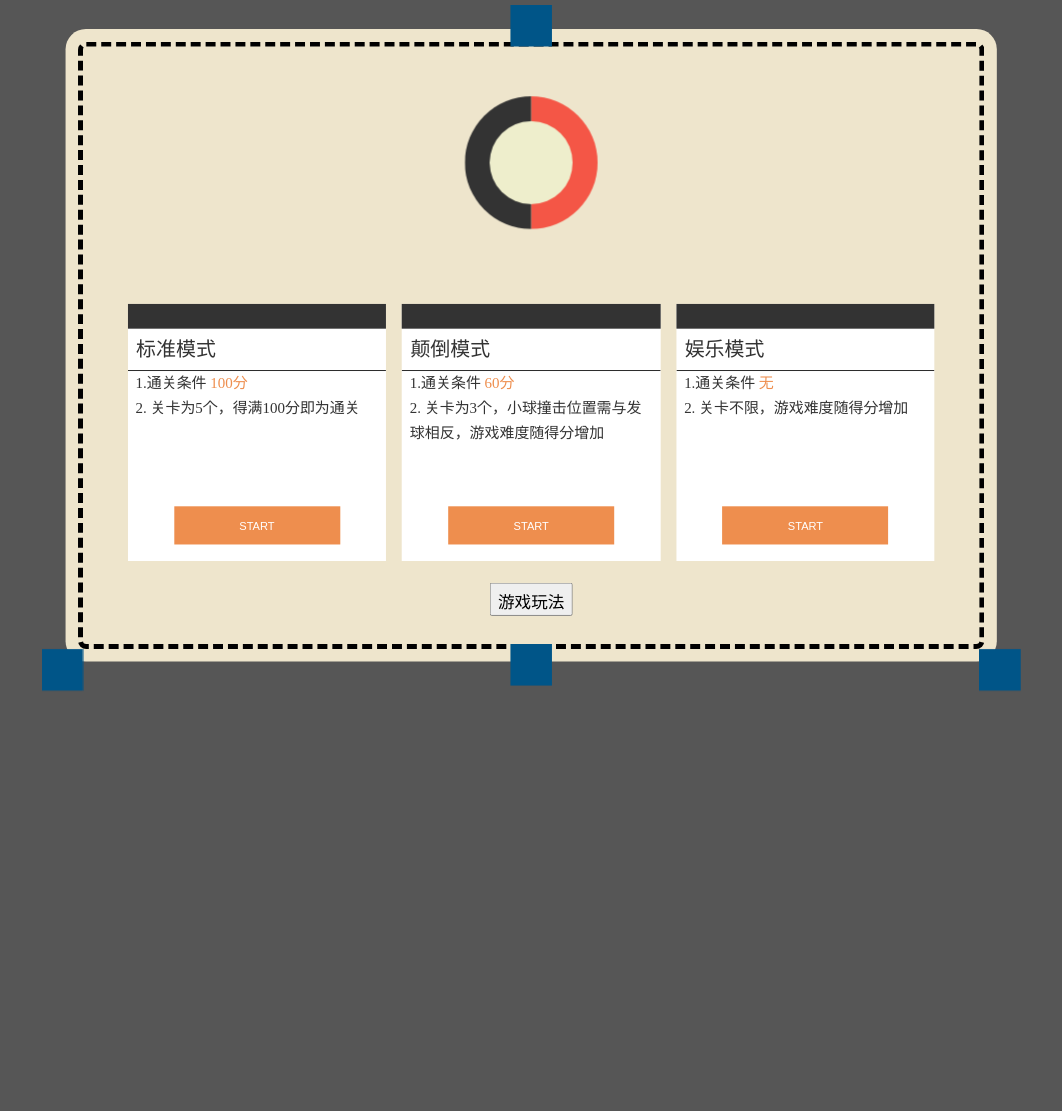
Repository: EEETA/ball-game
Page: theBall2/index.html
The author's editor kept a copy of each file at every save. The page is drawn from the files as they stood at one save, then again after the next save.
The browser window is 1280 px wide. The pictures show the whole page, at 83% of full size.

Above is the page before, as saved 2018-08-02 16:20:08.

### theBall2/index.html
<!DOCTYPE html>
<html lang="en">
<head>
    <meta charset="UTF-8">
    <title>theBall</title>
	<link rel="stylesheet" href="style/index.css">
    <script src="js/jquery-1.8.3.min.js"></script>
	<script src="js/jquery.rotate.min.js"></script>
</head>
<body>
    <section class="box">
        <!-- 旋转div -->
        <section class="ball ballZhuan">
            <div class="redPart_box">
                <div class="redPart"></div>
            </div>
            <div class="blackPart_box">
                <div class="blackPart"></div>
            </div>
            <div class="middlePart"></div>
        </section>
        <div class="ball2"></div>

        <section class="idx_pattern">
            <!-- 主界面-游戏模式 -->
        </section>
        <section class="idx_intro">
            <!-- 主界面-游戏玩法 -->
        </section>

        <section class="game_mask">
        <!-- 游戏界面-娱乐模式遮罩提示层 -->
        </section>
        <div class="arrow">
            <!-- 升级效果 -->
        </div>
        <section class="game_shootBox">
            <!-- 游戏界面-小球发射 -->
        </section>
        <section class="game_fraction">
            <!-- 游戏界面-分数血量显示 -->
        </section>
        <section class="game_hanlder">
            <!-- 游戏界面-结束模块 -->
        </section>
    </div>

    <script src="data/data.js"></script>
    <script>
        const patternLen = pattern.length;
        const idxPattern = document.querySelector('.idx_pattern');
        const idxIntro = document.querySelector('.idx_intro');
        const gameShootBox = document.querySelector('.game_shootBox');
        const gameFraction = document.querySelector('.game_fraction');
        const gameHanlder = document.querySelector('.game_hanlder');
        const gameMask = document.querySelector('.game_mask');
        var my=[];
        /*主界面-游戏模式*/
        for(var i=0;i<patternLen;i++){
            let idxPatternMain=`<div class="playWrap">
                                    <div class="playTit"> ${pattern[i].patternName} </div>
                                    <div class="playIntroduce">
                                        <div class="playIntroduceTxt">1.通关条件 <span style="color:#EE8E4E"> ${pattern[i].explain.condition} </span></div>
                                        <div class="playIntroduceTxt">2. ${pattern[i].explain.produce} </div>
                                    </div>
                                    <button class="start">START</button>
                                </div>`
            idxPattern.innerHTML+=idxPatternMain;
        }
        /*主界面-游戏玩法*/
        let produceTxt=`<div class="introTxt">
                            <div>
                                1.按空格键/AD可旋转 <img src="img/img1.png" alt="" class="sizeOne">
                            </div>
                            <div>
                                2.当<img src="img/img2.png" alt="" class="sizeOne">掉落时,根据模式将 <img src="img/img1.png" alt="" class="sizeOne"> 旋转到对应的颜色即可得1分,反之<span style="color:red">HP-1</span>
                            </div>
                            <div>
                                3.进入游戏后，每个玩家血量为5,右上角为分数面板 <img src="img/img3.png" alt="" class="sizeTwo"> 左侧为当前分数,右侧为当前关卡上限,分数达到上限即可进入下一关
                            </div>
                        </div>
                        <button class="introTxtBtn">游戏玩法</button>`
        idxIntro.innerHTML=produceTxt;



        /*游戏界面-小球发射*/
        let gameShootBoxMain=`<div class="top">
                                    <div class="div_middle"></div>
                                </div>
                                <div class="bottom">
                                    <div class="div_middle"></div>
                                </div>
                                <div class="left">
                                    <div class="div_middle"></div>
                                </div>
                                <div class="right">
                                    <div class="div_middle"></div>
                                </div>`
        gameShootBox.innerHTML+=gameShootBoxMain;
        /*游戏界面-分数血量显示*/
        let gameFractionMain=`<div class="life">HP:
                                    <div class="hp_div">
                                        <div class="hp_div_main"></div>
                                    </div>
                                </div>
                                <div class="fraction">
                                    <span class="fraction_left"></span>
                                    /
                                    <span class="fraction_right"></span>
                                </div>`
        gameFraction.innerHTML=gameFractionMain;
        /*游戏界面-结束模块*/
        let gameHanlderMain=`<div class="interface">
                                <div class="over">Game Over</div>
                                <div class="success">成功通关</div>
                            </div>
                            <div class="button_box">
                                <button class="button_left">再玩一次</button>
                                <button class="button_right">返回大厅</button>
                            </div>`
        gameHanlder.innerHTML=gameHanlderMain;
        /*游戏界面-娱乐模式遮罩提示层*/
        let gameMaskMain=`<div class="Mask_span">
                                <span>按A键向左转</span>
                                <span>按D键向右转</span>
                            </div>
                            <span class="Mask_p">- 按空格键继续 -</span>`
        gameMask.innerHTML=gameMaskMain;
    </script>
    <script src="js/index.js"></script>
    <script src="js/animation.js"></script>
</body>
</html>

### theBall2/style/index.css
@charset "UTF-8";
html{background: #565656;}
body{-webkit-user-select:none;-moz-user-select:none;-ms-user-select:none; user-select:none;}
input{border: none;outline: none;-webkit-tap-highlight-color: #000000;-webkit-tap-highlight-color: rgba(0, 0, 0, 0);}
button{outline: none;}

.box{
    position: relative;
    margin: 50px auto 0;
    /* overflow: hidden; */
    width: 1080px;
    height: 720px;
    background: #eee5cc;
    border: 6px dashed #000;
    box-shadow: 0 0 0 15px #eee5cc;
    border-radius: 10px;
}
/*两种小球制作*/
.ball{
    position: relative;
    width: 160px;
    height: 160px;
    margin:60px auto 0;
    /* transform:rotate(0deg);
    -ms-transform:rotate(0deg);
    -moz-transform:rotate(0deg);
    -webkit-transform:rotate(0deg);
    -o-transform:rotate(0deg); */
    opacity:1
}
.redPart_box,.blackPart_box{
    height: 50%;
    overflow:hidden;
}
.redPart,.blackPart{
    position: relative;
    height: 160px;
    width: 160px;
    border-radius:50%
}
.redPart{background: #f45646;}
.blackPart{background: #333;top:-100%}
/* .redPart{background: #ff9b9b;}
.blackPart{background: #2aa1a7;top:-100%} */
.middlePart{
    position: absolute;
    left: 30px;
    top: 30px;
    width: 100px;
    height:100px;
    border-radius: 50%;
    background:#eec;
}
.ballZhuan{
    animation-name:rotate;
    animation-iteration-count: infinite;
    animation-duration: 4s;
    animation-timing-function: linear;
}
@keyframes rotate{
    0%{
        transform:rotate(0deg)
    }
    100%{
         transform:rotate(360deg)
    }
}



.div_middle{
    position: relative;
    margin: 0 auto;
    width: 50px;
    height: 50px;
    background: #058;
}
.div_ball{
    height:50px;
    width: 50px;
    background:#f45646;
    border-radius: 50%;
    position: absolute;
    top: 0;
    left: 0;
}
.ball_middle{
    height: 75px;
    width:75px;
    border-radius: 50%;
    background: #333;
    opacity:0.5;
    position: absolute;
    top: calc(50% - 37px);
    left:calc(50% - 37px);
}
.top,.bottom{position: absolute;width: 100%;height: 50px;}
.left,.right{position: absolute;width: 50px;height: 662px;}
.left{left: -50px}
.right{right: -50px}
.top{top: -50px}
.bottom{bottom:-50px}
.left .div_middle,.right .div_middle{position: absolute;top: 106px;}

.game_fraction{
    width: 100%;
    height: 80px;
    top:50px;
    position: absolute;
    display: none;
}
.life{width: 60%;height: 100%;display: inline-block;line-height: 80px;text-indent: 10px;color:#f00;}
.fraction{width: 30%;height: 100%;text-align: center;line-height: 80px;float: right;margin-right: 10px;font-size: 30px;}
.fraction span{color:#333;}
.firworks{width: 4px;height: 4px;position: absolute;border-radius: 50%}
.over,.success{position: absolute;top:43%;font-size: 60px;opacity:0;z-index: 30;width: 100%;text-align: center;}
.arrow{height: 300px;width: 500px;position: absolute;top: calc(50% - 150px);left: calc(50% - 250px);}
.arrow span{font-size: 30px;color: #333;position: absolute;left: calc(50% - 145px);top: 150px;opacity: 0;height: 100px;width: 300px;text-align: center;}
 .img{height:80px;width: 30px;position: absolute;}

.ball2{
    width: 0;
    height: 0;
    border-top:20px solid #f45646;
    border-bottom: 20px solid #333;
    border-left:20px solid #efa97a;
    border-right:20px solid #6dd3ce;
    border-width: 86px;
    position: absolute;
    top: calc(50% - 90px);
    left: calc(50% - 85px);
    opacity: 0;
    /* z-index: 10;
    transform:rotate(0deg); */
    /* border-radius: 50%; */
}

.button_box{
    position: absolute;
    left:0;
    right:0;
    bottom:45px;
    margin:0 auto;
    width: 380px;
    display: none;
    opacity: 0;
}
.button_left,.button_right{
    height: 46px;
    width: 150px;
    background:#333;
    border-radius:3px;
    font-size: 24px;
    color:#fff;
    cursor:pointer;
    border:none;
}
.button_left:hover,.button_right:hover{background: #f45646;}
.button_left{float:left;}
.button_right{float:right;}


/************************************游戏玩法***********************************/
.introTxtBtn{
    position: absolute;
    bottom: 34px;
    font-size: 20px;
    cursor:pointer;
    z-index: 1000;
    left: calc(50% - 50px);
    height: 40px;
    width: 100px;
    text-align: center;
    line-height: 40px
}
.introTxtBtn:hover{
    background: #333;
    color: #fff;
}
.introTxt{
    width: 500px;
    height: 530px;
    left: calc(50% - 250px);
    top: calc(50% - 300px);
    line-height: 40px;
    background: #fff;
    border-radius: 5px;
    display: none;
    z-index: 1001;
    position: absolute;
}
.sizeOne,.sizeTwo{
    position:relative;
    top: 10px;
}
.sizeOne{width: 40px;}
.sizeTwo{width: 80px;}
.introTxt div{margin:30px auto;width: 90%;font-size: 24px}
.introTxt p{display: inline-block;}



.hp_div{display: inline-block;width: 180px;height: 40px;border:1px solid red;vertical-align:middle;border-radius: 4px;}
.hp_div_main{height: 100%;width: 100%;background: red;border-radius: 3px;}


.game_mask{
    display: none;
    position: absolute;
    width: 100%;
    height: 100%;
    top: 0;
    left: 0;
    background: rgba(51,51,51,.5);
    font-size: 30px;
    color: #fff;
    z-index: 1;
}
.Mask_span{
    position: absolute;
    top:calc(50% - 100px);
    opacity: 1;
    width: 100%;
    text-align: center;
    line-height: 100px;
}
.Mask_span span{
    display: block;
}
.Mask_p {
    position: absolute;
    bottom: 150px;
    width: 100%;
    text-align: center;
    font-size:40px;
    color: #000;
    animation-name:opacity;
    animation-iteration-count: infinite;
    animation-duration: 1.8s;
}
@keyframes opacity{
    0%{
        opacity:0
    }
    50%{
        opacity: 1
    }
    100%{
        opacity:0
    }
}


/*playFour*/
.idx_pattern{
    overflow:auto;
    position: relative;
    margin: 0 auto;
    width: 90%;
    margin-top: 90px;
}
.playWrap{
    overflow: hidden;
    position: relative;
    float:left;
    width: 32%;
    height: 280px;
    background:#fff;
    color:#333;
    border-top: 30px solid;
}
.playWrap:nth-child(2){margin: 0 2%;}
.playWrap:hover{
    background: rgba(255,255,255,.7)
}
.playTit{
    /* width: 100%; */
    border-bottom: 1px solid #000;
    font-size: 24px;
    line-height: 50px;
    text-indent: 10px;
}
.playIntroduce{
    font-size: 18px;
    text-align: left;
    line-height: 30px;
    margin: 0 auto;
    width: 94%;
}
.start{
    position:absolute;
    bottom:0;
    left:0;
    right:0;
    width: 200px;
    height: 46px;
    background: #EE8E4E;
    color: #fff;
    outline: none;
    margin: 0 auto 20px;
    cursor: pointer;
    border: none;
}
.start:hover{background: rgba(51,51,51,1)}

### theBall2/data/data.js

/*
patternName：模式名称
explain：游戏说明
condition：过关条件
produce：关卡介绍
tip：其他
*/
var pattern=[
    {
        patternName:'标准模式',
        explain:{
            condition:'100分',
            produce:'关卡为5个，得满100分即为通关',
            tip:''
        }
    },
    {
        patternName:'颠倒模式',
        explain:{
            condition:'60分',
            produce:'关卡为3个，小球撞击位置需与发球相反，游戏难度随得分增加',
            tip:''
        }
    },
    {
        patternName:'娱乐模式',
        explain:{
            condition:'无',
            produce:'关卡不限，游戏难度随得分增加',
            tip:''
        }
    }
]
var gameInit=[
    {
        hp:1,
        hp_box:10,
        fraction:0,
        toplimit:10,

    }
]
// var gameHanlder={
//     gameOver="Game Over",
//     gameSuccess="游戏通关",
// }

### theBall2/js/animation.js


// 抖动效果
jQuery.fn.shake = function (intShakes /*Amount of shakes*/, intDistance /*Shake distance*/, intDuration /*Time duration*/) {
    this.each(function () {
        var jqNode = $(this);
        jqNode.css({ position: 'relative' });
        for (var x = 1; x <= intShakes; x++) {
            jqNode.animate({ left: (intDistance * -1) }, (((intDuration / intShakes) / 4)))
            .animate({ left: intDistance }, ((intDuration / intShakes) / 2))
            .animate({ left: 0 }, (((intDuration / intShakes) / 4)));
        }
    });
    return this;
}

/*撞击成功*/
success=function(r,borderSpacing){
    switch_1=1;
    $('<div class="ball_middle" style="background-color:'+$(r).css('background-color')+';display:block"></div>').appendTo(box);
    $('.ball_middle').animate({ borderSpacing:borderSpacing },{
            step:function(now){
                $(this).css('transform','scale('+now+','+now+')')
            },
            duration:200
        }
    );
    $('.ball_middle').animate({opacity:'0'},200,function(){
        this.remove();
    });
    $(r).remove();

    fractionNow++;
    $('.fraction_left').html(fractionNow);
}

fail=function(r){   //撞击失败
    switch_1=1;
    for(var i=0;i<20;i++){
        var firworks=$('<div class="firworks"></div>');
        var b=new boom(firworks,$(r).offset().left,$(r).offset().top,$(r).css('background-color'));
        b.move();
    }
    $(r).remove();
	hp--;
    fail_hp=hp*100/hp_box;
    $('.hp_div_main').animate({width:fail_hp+"%"},500);
}

boom=function(div,x,y,color){  //爆炸效果
        $('body').append(div);
        $(div).css({
            left:x+'px',
            top:y+'px',
            background:color
        });
        var speedX = (parseInt(Math.random()*2) == 0 ? 1 : -1)*parseInt(Math.random()*16 + 1);  //三目运算符随机移动方向，概率50%,为1时往正方向移动，负1时往反方向移动第二个随机数随机速度快慢
        var speedY = (parseInt(Math.random()*2) == 0 ? 1 : -1)*parseInt(Math.random()*20 + 1);

        this.move=function(){
            var i = 3;
            var time=setInterval(function(){
            i++;
            $(div).css({
                left:div[0].offsetLeft+speedX+'px',
                top:div[0].offsetTop+speedY+i+'px',
            })
            if(div[0].offsetLeft+div[0].offsetWidth>window.innerWidth|| div[0].offsetLeft<2 || div[0].offsetTop+div[0].offsetHeight>window.innerHeight || div[0].offsetTop<2 ){
                    div.remove();       //移动出可视区域记得删除div和清除定时器
                    clearInterval(time);
                }
            },1000/30)
        }
}

callarrow=function(arrow_html){  //初始化提升动画
    for(var i=0;i<10;i++){
            var a=new addarrow(i);
            a.move();
        }

    $('.arrow').append('<span>'+arrow_html+'</span>');
    $('.arrow span').animate({top:'0',opacity:1},600,function(){$(this).animate({opacity:0},800,function(){this.remove()})});

}

 addarrow=function(i){  //难度提升动画
        var leftnum=parseInt(Math.random()*500);
        var topnum=parseInt(Math.random()*400);
        var arrow=$(' <img src="img/Arrow.png" class="img">');
        var now=(Math.random()*1.1+0.75).toFixed(2);

        $('.arrow').append(arrow);
        $('.img')[i].style.cssText="top:"+topnum+"px;left:"+leftnum+"px;transform:scale("+now+","+now+")";

        this.move=function(i){
            $('.img').animate({top:'-100',opacity:'0'},700,function(){
                this.remove();
            });
        }
}
endarrow=function(innertHTML,time){
    $('.arrow').append('<span>'+innertHTML+'</span>');
    setTimeout(function(){$('.arrow span').animate({top:'0',opacity:1},1000,function(){$(this).animate({opacity:0},1500,function(){this.remove()})})},time);
}

rotate_transition=function(ball,ball2){
    $(ball).rotate({
            animateTo: 180,
            duration:300,
        }
    );
    $(ball).animate({opacity:'0'},600);
    $(ball2).animate({opacity:'1'},600);
    $(ball2).rotate({
            animateTo:-360,
            duration:600
    });
}

movejudge=function(r,rou,red,qing,black,num,numberMode){
    numbox=numList;
    if(numList>0){
        numbox=negative;
    }
    if($(r).css('background-color')=='rgb(239, 169, 122)' && numbox%360==rou){  //肉
        success(r,num);
    }else if($(r).css('background-color')=='rgb(244, 86, 70)' && numbox%360==red){  //红
        success(r,num);
    }else if($(r).css('background-color')=='rgb(109, 211, 206)' && numbox%360==qing){  //青
        success(r,num);
    }else if($(r).css('background-color')=='rgb(51, 51, 51)' && numbox%360==black){  //黑
        success(r,num);
    }else{fail(r)};

    appendball(numberMode);
    $(r).stop();
}

// Mask=function(){
//     $('.game_mask').fadeIn(300);
//     $('.Mask_p').fadeIn(800);
//     $('.Mask_span').fadeIn(800);
//     // $('.Mask_p').addClass('play');
// }


box_animation=function(height,width,speed){
    speed = speed||1000;
    $('.box').animate(
        {
            width:width+'px',
            height:height+'px',
        },
        {
            duration:speed,
        }
  	);
}

Loaded but not shown: theBall2/js/jquery-1.8.3.min.js (library); theBall2/js/jquery.rotate.min.js (library); theBall2/js/index.js (338 lines, source omitted)

After the next save:
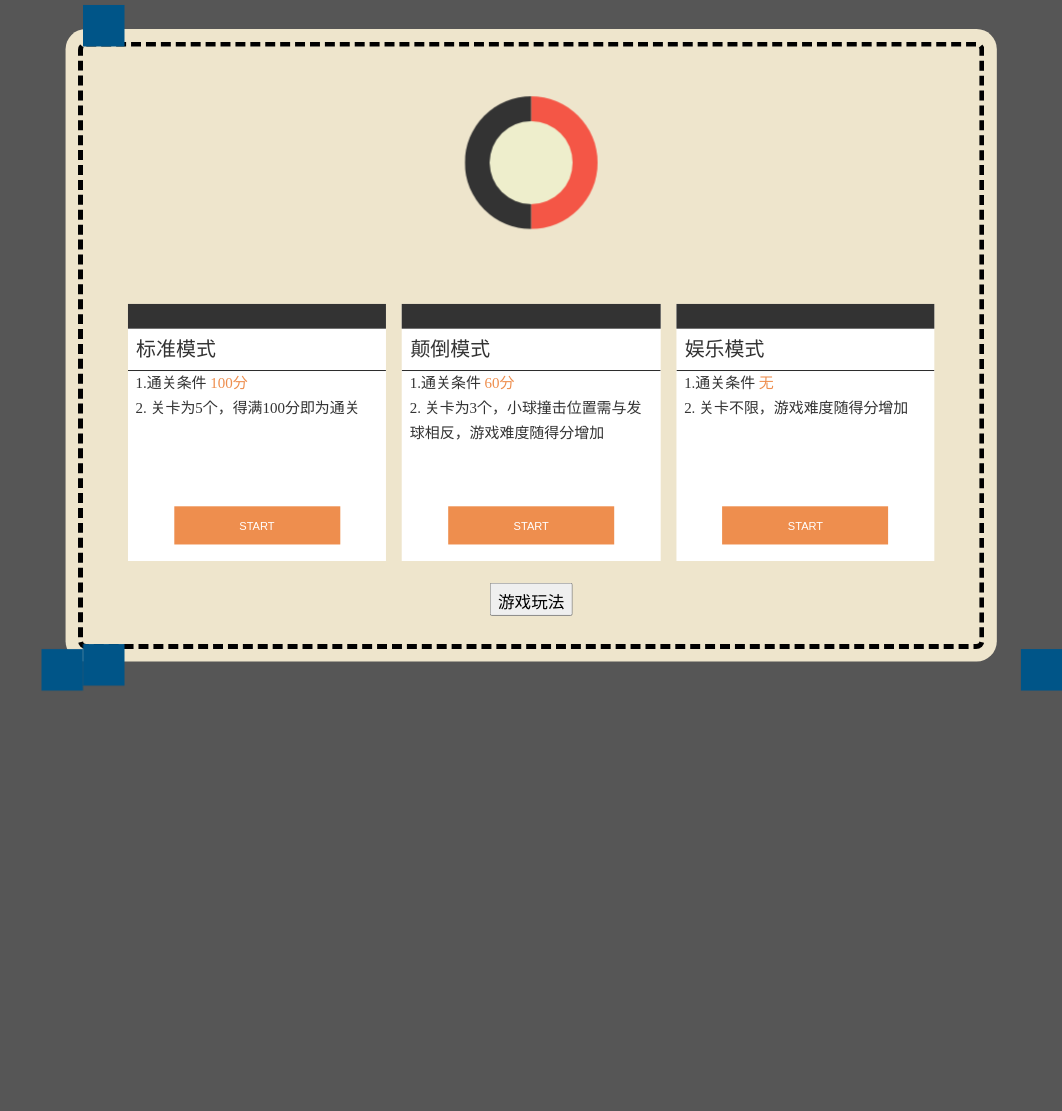
Saved 75 s later.
--- a/theBall2/style/index.css
+++ b/theBall2/style/index.css
@@ -94,8 +94,8 @@ button{outline: none;}
     top: calc(50% - 37px);
     left:calc(50% - 37px);
 }
-.top,.bottom{position: absolute;width: 100%;height: 50px;}
-.left,.right{position: absolute;width: 50px;height: 662px;}
+.top,.bottom{position: absolute;height: 50px;}
+.left,.right{position: absolute;height: 662px;}
 .left{left: -50px}
 .right{right: -50px}
 .top{top: -50px}
